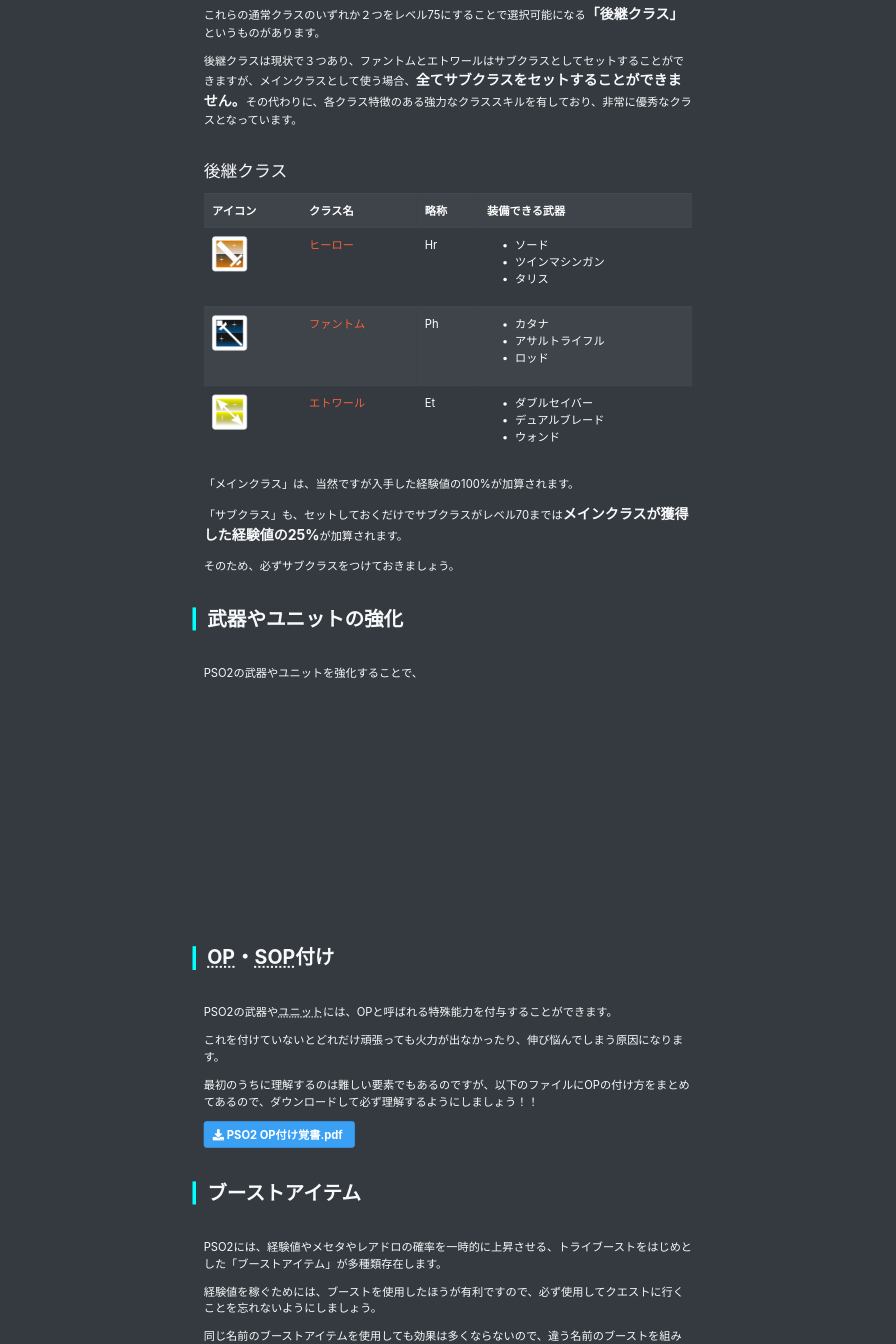
Repository: milkyahonpo/Website_source
Page: docs/capture.html
An editor plug-in stored every save of this project. The page is shown before and after a run of saves, followed by the edit.
The browser window is 1280 px wide. The pictures show the part of the page from y = 2214 to 4134 px (the page is 10200 px tall), at 70% of full size.
Pictures or frames that could not be fetched are drawn as grey boxes. Some web libraries are served in a nearby version.

Above is the page before, as saved 2020-02-03 09:55:24.

### docs/capture.html
<!DOCTYPE html>
<html lang="ja">
  <head>
    <!-- Required meta tags -->
    <meta charset="utf-8">
    <meta name="viewport" content="width=device-width, initial-scale=1, shrink-to-fit=no">
    <!-- Bootstrap CSS -->
    <link rel="stylesheet" href="https://stackpath.bootstrapcdn.com/bootstrap/4.3.1/css/bootstrap.min.css" integrity="sha384-ggOyR0iXCbMQv3Xipma34MD+dH/1fQ784/j6cY/iJTQUOhcWr7x9JvoRxT2MZw1T" crossorigin="anonymous">
    <!-- My CSS -->
    <link rel="stylesheet" href="css/capture.css">
    <!-- favicon -->
    <link rel="shortcut icon" href="img/favicon.ico">
    <!-- Font Awesome -->
    <link href="https://use.fontawesome.com/releases/v5.6.1/css/all.css" rel="stylesheet">
    <!-- Google Fonts -->
    <link href="https://fonts.googleapis.com/css?family=Titillium+Web&display=swap" rel="stylesheet">

    <title>みるく屋本舗 - 攻略本 -</title>
  </head>

  <body>
  <!-- Navigation -->
  <nav class="navbar navbar-expand-lg navbar-light fixed-top py-3" id="mainNav">
    <div class="container">
      <a class="navbar-brand" href="index.html">
        <img src="./img/logo.png" width="50" height="50" alt="">
        <b>みるく屋本舗</b>
      </a>
      <button class="navbar-toggler navbar-togglar-right" type="button" data-toggle="collapse" data-target="#navbarResponsive" aria-controls="navbarResponsive" aria-expanded="false" aria-label="Toggle navigation">
        <span class="navbar-toggler-icon"></span>
      </button>
      <div class="collapse navbar-collapse" id="navbarResponsive">
        <ul class="navbar-nav ml-auto my-2 my-lg-0">
          <li class="nav-item">
            <a class="nav-link js-scroll-trigger" href="#basic">基礎知識</a>
          </li>
          <li class="nav-item">
            <a class="nav-link js-scroll-trigger" href="#lv1-50">Lv01～Lv50</a>
          </li>
          <li class="nav-item">
            <a class="nav-link js-scroll-trigger" href="#lv51-75">Lv51～Lv75</a>
          </li>
          <li class="nav-item">
            <a class="nav-link js-scroll-trigger" href="#lv76-80">Lv76～Lv80</a>
          </li>
          <li class="nav-item">
            <a class="nav-link js-scroll-trigger" href="#lv81-90">Lv81～Lv90</a>
          </li>
        </ul>
      </div>
    </div>
  </nav>
  <!-- About Section -->
  <section class="page-section h-100 bg-dark text-light">
    <div class="container h-100">
      <div class="row h-100 justify-content-center align-items-center">
        <div class="col-lg-8">
          <h2 class="display-1 mt-0 font-weight-bold text-center"><span style="color: cyan;">攻</span>略本</h2>
          <hr class="divider my-4">
          <p class="lead text-center">チムメンに役立つ育成情報を掲載します！</p>
          <p class="text-center"><small>最終更新 : 2020/01/23</small></p>
        </div>
      </div>
    </div>
  </section>

  <div class="page-section bg-dark text-light">
    <div class="container">
      <div class="row py-5 justify-content-center" id="basic">
        <div class="col-md-8">
          <h2 class="font-weight-bold">基礎知識</h2>
          <h3 class="my-5 pl-3"><strong class="font-weight-bold">メインクラスとサブクラス</strong></h3>
          <div class="px-3">
            <div>
              PSO2には「メインクラス」と「サブクラス」があります。
              <ul>
                <li>「メインクラス」装備できる武器に影響するクラス</li>
                <li>「サブクラス」一部のスキルとステータスの影響を受けるクラス<br>
              </ul>
              以下にクラス一覧と、その装備できる武器について示します。
            </div>
            <p class="alert alert-info">ガンスラッシュはどのクラスでも使用することができます。</p>
            <h4>通常クラス</h4>
            <table class="table table-striped table-hover my-3 table-dark">
              <tr><th>アイコン</th><th>クラス名</th><th>略称</th><th>装備できる武器</th></tr>
              <tr><td><img class="img-thumbnail" src="img/Hu.png"　style="display: inline-block" width="50px" height="auto"></td><td><a href="https://pso2.swiki.jp/index.php?%E3%83%8F%E3%83%B3%E3%82%BF%E3%83%BC">ハンター</a></td><td>Hu</td><td><ul><li>ソード</li><li>ワイヤードランス</li><li>パルチザン</li></ul></td></tr>
              <tr><td><img class="img-thumbnail" src="img/Fi.png"　style="display: inline-block" width="50px" height="auto"></td><td><a href="https://pso2.swiki.jp/index.php?%E3%83%95%E3%82%A1%E3%82%A4%E3%82%BF%E3%83%BC">ファイター</a></td><td>Fi</td><td><ul><li>ツインダガー</li><li>ダブルセイバー</li><li>ナックル</li></ul></td></tr>
              <tr><td><img class="img-thumbnail" src="img/Ra.png"　style="display: inline-block" width="50px" height="auto"></td><td><a href="https://pso2.swiki.jp/index.php?%E3%83%AC%E3%83%B3%E3%82%B8%E3%83%A3%E3%83%BC">レンジャー</a></td><td>Ra</td><td><ul><li>ランチャー</li><li>アサルトライフル</li></ul></td></tr>
              <tr><td><img class="img-thumbnail" src="img/Gu.png"　style="display: inline-block" width="50px" height="auto"></td><td><a href="https://pso2.swiki.jp/index.php?%E3%82%AC%E3%83%B3%E3%83%8A%E3%83%BC">ガンナー</a></td><td>Gu</td><td><ul><li>ツインマシンガン</li><li>アサルトライフル</li></ul></td></tr>
              <tr><td><img class="img-thumbnail" src="img/Fo.png"　style="display: inline-block" width="50px" height="auto"></td><td><a href="https://pso2.swiki.jp/index.php?%E3%83%95%E3%82%A9%E3%83%BC%E3%82%B9">フォース</a></td><td>Fo</td><td><ul><li>ロッド</li><li>タリス</li></ul></td></tr>
              <tr><td><img class="img-thumbnail" src="img/Te.png"　style="display: inline-block" width="50px" height="auto"></td><td><a href="https://pso2.swiki.jp/index.php?%E3%83%86%E3%82%AF%E3%82%BF%E3%83%BC">テクター</a></td><td>Te</td><td><ul><li>ウォンド</li><li>タリス</li></ul></td></tr>
              <tr><td><img class="img-thumbnail" src="img/Br.png"　style="display: inline-block" width="50px" height="auto"></td><td><a href="https://pso2.swiki.jp/index.php?%E3%83%96%E3%83%AC%E3%82%A4%E3%83%90%E3%83%BC">ブレイバー</a></td><td>Br</td><td><ul><li>カタナ</li><li>バレットボウ</li></ul></td></tr>
              <tr><td><img class="img-thumbnail" src="img/Bo.png"　style="display: inline-block" width="50px" height="auto"></td><td><a href="https://pso2.swiki.jp/index.php?%E3%83%90%E3%82%A6%E3%83%B3%E3%82%B5%E3%83%BC">バウンサー</a></td><td>Bo</td><td><ul><li>ジェットブーツ</li><li>デュアルブレード</li></ul></td></tr>
              <tr><td><img class="img-thumbnail" src="img/Su.png"　style="display: inline-block" width="50px" height="auto"></td><td><a href="https://pso2.swiki.jp/index.php?%E3%82%B5%E3%83%A2%E3%83%8A%E3%83%BC">サモナー</a></td><td>Su</td><td><ul><li>タクト</li></ul></td></tr >
            </table>
            <div class="my-5">
              <p>これらの通常クラスのいずれか２つをレベル75にすることで選択可能になる<strong class="lead font-weight-bold">「後継クラス」</strong>というものがあります。</p>
              <p>後継クラスは現状で３つあり、ファントムとエトワールはサブクラスとしてセットすることができますが、メインクラスとして使う場合、<strong class="lead font-weight-bold">全てサブクラスをセットすることができません。</strong>その代わりに、各クラス特徴のある強力なクラススキルを有しており、非常に優秀なクラスとなっています。</p>
            </div>
            <h4>後継クラス</h4>
            <table class="table table-striped table-hover my-3 table-dark">
              <tr><th>アイコン</th><th>クラス名</th><th>略称</th><th>装備できる武器</th></tr>
              <tr><td><img class="img-thumbnail" src="img/Hr.png"　style="display: inline-block" width="50px" height="auto"></td class="align-items-center"><td><a href="https://pso2.swiki.jp/index.php?%E3%83%92%E3%83%BC%E3%83%AD%E3%83%BC">ヒーロー</a></td><td>Hr</td><td><ul><li>ソード</li><li>ツインマシンガン</li><li>タリス</li></ul></td></tr>
              <tr><td><img class="img-thumbnail" src="img/Ph.png"　style="display: inline-block" width="50px" height="auto"></td><td><a href="https://pso2.swiki.jp/index.php?%E3%83%95%E3%82%A1%E3%83%B3%E3%83%88%E3%83%A0">ファントム</a></td><td>Ph</td><td><ul><li>カタナ</li><li>アサルトライフル</li><li>ロッド</li></td></tr>
              <tr><td><img class="img-thumbnail" src="img/Et.png"　style="display: inline-block" width="50px" height="auto"></td><td><a href="https://pso2.swiki.jp/index.php?%E3%82%A8%E3%83%88%E3%83%AF%E3%83%BC%E3%83%AB">エトワール</a></td><td>Et</td><td><ul><li>ダブルセイバー</li><li>デュアルブレード</li><li>ウォンド</li></td></tr>
            </table>
            <p>「メインクラス」は、当然ですが入手した経験値の100%が加算されます。</p>
            <p>「サブクラス」も、セットしておくだけでサブクラスがレベル70までは<strong class="lead font-weight-bold">メインクラスが獲得した経験値の25%</strong>が加算されます。</p>
            <p>そのため、必ずサブクラスをつけておきましょう。</p>
          </div>
          <h3 class="my-5 pl-3"><strong class="font-weight-bold">武器やユニットの強化</strong></h3>
          <div class="px-3">
            <p>PSO2の武器やユニットを強化することで、</p>
            <div class="movie-box">
              <iframe width="560" height="315" src="https://www.youtube-nocookie.com/embed/dSWcW5Sa8bw" frameborder="0" allow="accelerometer; autoplay; encrypted-media; gyroscope; picture-in-picture" allowfullscreen></iframe>
            </div>
          </div>
          <h3 class="my-5 pl-3"><strong class="font-weight-bold"><abbr title="特殊能力(DL先のファイルに詳細)">OP</abbr>・<abbr title="S級特殊能力(DL先のファイルに詳細)">SOP</abbr>付け</strong></h3>
          <div class="px-3">
            <p>PSO2の武器や<abbr title="防具のこと">ユニット</abbr>には、OPと呼ばれる特殊能力を付与することができます。</p>
            <p>これを付けていないとどれだけ頑張っても火力が出なかったり、伸び悩んでしまう原因になります。</p>
            <p>最初のうちに理解するのは難しい要素でもあるのですが、以下のファイルにOPの付け方をまとめてあるので、ダウンロードして必ず理解するようにしましょう！！</p>
            <a class="text-decoration-none" href="./document/PSO2 OP付け覚書.pdf" download="PSO2 OP付け覚書.pdf">
              <button class="btn btn-primary">
                <span class="text-decoration-none"><i class="fas fa-download"></i><b class="px-1">PSO2 OP付け覚書.pdf</b></span>
              </button>
            </a>
          </div>
          <h3 class="my-5 pl-3"><strong class="font-weight-bold">ブーストアイテム</strong></h3>
          <div class="px-3">
            <p>PSO2には、経験値やメセタやレアドロの確率を一時的に上昇させる、トライブーストをはじめとした「ブーストアイテム」が多種類存在します。</p>
            <p>経験値を稼ぐためには、ブーストを使用したほうが有利ですので、必ず使用してクエストに行くことを忘れないようにしましょう。</p>
            <p>同じ名前のブーストアイテムを使用しても効果は多くならないので、違う名前のブーストを組み合わせることでより良い効果を得ることができます。</p>
            <p>元々の経験値を100%とすると...</p>
            <div class="card mb-3 text-dark">
              <div class="card-body">
              <p><b>例１)トライブースト+100%と経験値+75%を使用した場合の経験値取得率</b></p>
              <strong class="my-1 display-4"><var>100</var> + <var>100</var> + <var>75</var> = <var>275</var>%</strong>
              </div>
            </div>
            <p>上記のように、ブーストアイテムの効果は加算によって求められます。</p>
          </div>
          <h3 class="my-5 pl-3"><strong class="font-weight-bold">パーティーブースト </strong><span class="badge badge-warning">重要</span></h3>
          <div class="px-3">
            <p>PSO2では、パーティーを組むことによって「パーティーブースト」と呼ばれる、<abbr title="略称「トラブ」 メセタ、レアドロ、経験値獲得量UP">トライブースト</abbr>が付与されます。</p>
            <p>先ほどのブーストアイテムについての項目でお話しましたが、ブーストアイテムの効果は加算によって求めることができます。</p>
            <p>しかし、<strong class="lead font-weight-bold">パーティーブーストだけは乗算でかかります。</strong>パーティーが二人以上の場合のパーティーの人数をXとすると、パーティーブーストは1.X倍になります。</p>
            <div class="card mb-3 text-dark">
              <div class="card-body">
              <p><b>例２)例１の場合でパーティー４人の場合の経験値取得率</b></p>
              <strong class="my-1 display-4"><var>275</var> * <var>1.4</var> = <span class="enh"><var>385</var>%</span></strong><br>
              </div>
            </div>
            <p>絶対に４人パーティーで行きましょう！</p>
          </div>
          <h3 class="my-5 pl-3"><strong class="font-weight-bold">PSO2の日(毎月2日 +プレミアムは22日)</strong></h3>
          <div class="px-3">
            <p>この日だけは、終日トライブースト+100%が標準で付きます。</p>
            <p>この日にレベルアップクエストを全力で周回しましょう！</p>
            <p>また、ボーナスキー東京・金ももらえますので、必ずログインしましょう！</p>
          </div>
          <h3 class="my-5 pl-3"><strong class="font-weight-bold">プレミアムアカウント </strong><span class="badge badge-warning">重要</span></h3>
          <div class="px-3">
            <p>プレミアムアカウントだと、その期間は常にトライブースト+50%が付与されます。</p>
            <p>また、プレミアムアカウントだとプレミアムドリンクを飲むことができ、確定で経験値UPの効果を得られるドリンクを飲むことができます！</p>
            <p>一応ノーマルアカウントでもランダムで出ますが、そちらは+10%でこちらは+15%なので、地味にありがたいことであったりします。</p>
            <p>その他多くのメリットがあり、非常におすすめです。詳細は以下からご確認ください。</p>
            <a href="http://pso2.jp/players/manual/preparations/ac/#sys-manual-513"><button class="btn btn-primary"><i class="fas fa-question-circle"></i> プレミアムアカウントについて</button></a>
          </div>
        </div>
      </div>
      <div class="row py-5 justify-content-center" id="lv1-50">
        <div class="col-lg-8">
          <h2><b>Lv01～50</b></h2>
          <h3 class="my-5 pl-3"><strong class="font-weight-bold">クエストに行かない！</strong></h3>
          <div class="px-3">
            <p>それが大事です。ひたすらに。</p>
            <p>理由としては、難易度的にも効率的にも、経験値がおいしくないからです。</p>
            <p>初心者として始めた時点だと、倉庫に「経験値獲得チケット」が眠っているので、まずはそれを使ってドシドシとレベルを上げていきましょう！</p>
            <p>１レベル上がるのに必要な経験値が一気に上がるのは41レベル以降なので、そこまでは一気に上がっていくはずです。</p>
            <p><strong class="lead font-weight-bold">しかし！！</strong>以下の注意点があります...</p>
          </div>
          <h3 class="my-5 pl-3"><strong class="font-weight-bold">レベル制限解除試練・Ⅰ<span class="mx-3">or</span>Ⅱ</strong></h3>
          <div class="px-3">
            <p><strong class="lead font-weight-bold">ゲートエリアのNPCコフィーのクライアントオーダー</strong>から、Ⅰはクラスレベル20、Ⅱはクラスレベル35になると受けることができます。</p>
            <p>このオーダーをクリアしておかないと、レベル30とレベル40の時点で<abbr title="レベルがそれ以上上がらない状態になること">レベルキャップ</abbr>を迎えてしまいます。そうなると経験値チケットを使用しても無駄になるだけなので、しっかりと解放しておきましょう！</p>
          </div>
        </div>
      </div>
      <div class="row py-5 justify-content-center" id="lv51-75">
        <div class="col-lg-8">
          <h2 class="mb-5"><b>Lv51～75</b></h2>
          <h3 class="my-5 pl-3"><strong class="font-weight-bold">ボーナスキー</strong></h3>
          <div class="px-3">
            <p><strong class="lead font-weight-bold">ここまで取っておいた君！よく我慢した！！！</strong></p>
            <p>ボーナスキーは有効期限がありますので、ここらで使うのも手ではないでしょうか。</p>
            <p>しかし、ボーナスクエストは、自身の現在のレベルに比例して取得できる経験値量が増加します。</p>
            <p>自身のレベルが80になると、取得できる経験値量の変動が頭打ちになるので、そこで使うのがもっとも効率が良い方法になります。</p>
            <p><strong class="lead font-weight-bold">PSO2の日はボーナスクエストにも経験値+100%がつく</strong>ので、期限がもつならその時に行きましょう！</p>
          </div>
          <h3 class="my-5 pl-3"><strong class="font-weight-bold">暗影渦巻く壊れた世界SH </strong><span class="badge badge-warning">重要</span></h3>
          <div class="px-3">
            <p>これより経験値がおいしいクエストは、他にはボーナスキーしかないレベルです。</p>
            <p>圧倒的経験値効率を誇るクエストなので、レベリングには必ず行きましょう！</p>
            <p><strong class="lead font-weight-bold">レベルアップクエストの仕様上、5日周期で1日来る</strong>ので必ずチェックしておきましょう。</p>
          </div>
          <h3 class="my-5 pl-3"><strong class="font-weight-bold">クラスごとの<abbr title="スキルポイント スキルツリーのスキルを取得するために必要になる レベル1UPごとに1SP">SP</abbr>取得クライアントオーダー </strong><span class="badge badge-warning">重要</span></h3>
          <div class="px-3">
            <p>レベル75になると、クラスキューブというアイテムを渡すことによって、クラスごとにSPを獲得できるクライアントオーダーが解放されます。</p>
            <p>クラスキューブとは、ハンターであれば「Huエクスキューブ」といったような、クラスの略称がついたアイテムになります。</p>
            <p>全てのクラス共通で、最初は1個、次は2個、3個、4個と要求数が増えていき、全4つのオーダーで合計10個のクラスキューブが必要になります。</p>
            <p><strong class="lead font-weight-bold">ゲートエリアのNPCシロナの「トレジャーショップ」</strong>から、SGまたはメセタを使用してクラスキューブを購入することができます。売っているクラスキューブは日替わりなので、自分の欲しいクラスキューブが陳列された時に購入しましょう！</p>
            <p>また、レベル90のレベルキャップに到達した状態でレベルアップすることで、そのクラスのクラスキューブを<strong class="lead font-weight-bold">レベルアップごとに７個</strong>取得することができます。</p>
          </div>
        </div>
      </div>
          <!--
          <h3 class="my-5 pl-3"><strong class="font-weight-bold">レベル75制限解除試験・○○ </strong><span class="badge badge-info">後継クラスのみ</span></h3>
          <p>レベル75制限解除試験とは、その名の通りレベル75のレベルキャップを解放するクライアントオーダーです。</p>
          <p>これまでもレベル30の時点やレベル40の時点にも存在したものと同じになります。</p>
          <p>このレベルキャップ解放はクラスごとにクリアする必要があります。</p>
          <p>条件は、<br>
          <strong class="lead font-weight-bold">「<abbr title="ガンスラッシュは対象外です">メインクラスで装備できる武器種</abbr>の☆13以上を+35まで強化する」</strong><br>
          というものになります。</p>
          <p><strong class="lead font-weight-bold">ゲートエリアのNPCプリンの「コレクトシート」</strong>で、☆13武器の+35をゲットするだけで達成することができます。</p>
          <p>コレクトシートとは、数あるアイテムの中から自身が欲しいアイテムを選択し、そのアイテムのシートを入手したのちに、シート中に記載されている必要項目を全達成することで対象のアイテムが入手できるというものです。</p>
          <p>それぞれの項目に指定された条件を達成すると項目のゲージが上昇していき、ゲージが最大になった時にドロップするアイテムを入手することで項目が達成されます。</p>
          <p>基本的にコレクトシートの項目の条件は、入手した時点で開催されている緊急クエストや期間限定クエストで達成できるものが設定されているので、どんどん参加しましょう！</p>
          -->

      <div class="row py-5 justify-content-center" id="lv76-80">
        <div class="col-lg-8">
          <h2 class="mb-5"><b>Lv76～80</b></h2>
          <h3 class="my-5 pl-3"><strong class="font-weight-bold">必要経験値の異常なまでの上昇 </strong><span class="badge badge-danger">難関</span></h3>
          <p><strong class="lead font-weight-bold">今までとは比べ物にならないくらいにレベルが上がらなくなってきます。</strong></p>
          <p>ただ、昔のPSO2と比較したら今はボーナスキーもあり、レベルアップクエストなんてものもあり、
          そのうえPSO2の日では経験値+100%で、プレミアムなら毎日トライブースト+50%もつくだって！？</p>
          <strong class="lead font-weight-bold">めげずに頑張りましょう！私たちがついています！</strong>

          <h3 class="my-5 pl-3"><strong class="font-weight-bold">ボーナスキー </strong></h3>
          <p>それはここでも同じです。</p>
          <p>PSO2で経験値が一番おいしいクエストは間違いなくボーナスキー！</p>
          <p>手に入れたらPSO2の日をねらって絶対に行きましょう！</p>
          <p>(ブーストアイテムを忘れずにね！)</p>

          <h3 class="my-5 pl-3"><strong class="font-weight-bold">暗影渦巻く壊れた世界XH </strong><span class="badge badge-success">更新時点 推奨</span></h3>
          <p>現状最強武器の「リバレイト〇〇」という武器の入手にはクラスキューブが必要になります。</p>
          <p>また、2020/02/05まで開催されている<a href="http://pso2.jp/players/event/newyear2020/">SPACE MAGATSU DESTROYERS</a>の個人ポイント獲得はこの暗影でもためることができ、暗影は1周2分で周回できるので非常に高効率となっています。(本来あってはならないことかもしれませんが...)</p>
          <p>以上の理由から、現時点では高レベルのプレイヤーも暗影を周回しており、人がすぐに集まることも多いため、以下に記載してあるSHを周回するよりも圧倒的に高効率でレベルアップすることができます。</p>

          <h3 class="my-5 pl-3"><strong class="font-weight-bold">暗影渦巻く壊れた世界SH </strong><span class="badge badge-secondary">更新時点 非推奨</span></h3>
          <p>「え？なんでまだこの段階でもXH行かないの？」</p>
          <p>そう思う方も多いことでしょう。</p>
          <p>試しにXHに行ってみた方はわかると思いますが、
          <strong class="lead font-weight-bold">クエストに12人いることのほうが少ないです。</strong></p>
          <p>理由はSHとXHの受注可能なレベル帯の差にあります。</p>
          <p>SHはレベル50から受注可能で、XHには、メインサブの双方を75まで上げないと行けません。</p>
          <p>なので、SHを回るのは、75-50=レベル25分の幅の方で、
          なおかつメインはレベル75であってもサブはまだという方も含まれます。</p>
          <p>それに対してXHはレベル75から受注可能で、最大はレベル90です。</p>
          <p>なので、XHを回るのは、90-75=レベル15分の幅の方で、
          なおかつメインサブ双方が75以上である方です。</p>
          <p>それゆえに、暗影で人数が集まるのは必然的にSHとなるわけです。</p>
          <p>人数が集まるということは、パーティーが組めるのでブーストがのる。</p>
          <p><strong class="lead font-weight-bold">そういうことです！</strong></p>

          <h3 class="my-5 pl-3"><strong class="font-weight-bold">クラスごとのSP取得クライアントオーダー </strong></h3>
          <p>Lv51～75で前述のとおりです。</p>
          <p>もしもレベル75の時点でやっていなかったのであれば、必ずここで済ませてしまいましょう！</p>

          <!--
          <h3 class="my-5 pl-3"><strong class="font-weight-bold">レベル80制限解除試験・○○ </strong></h3>
          <p>「またレベルキャップか・・・」</p>
          <p>安心してください。今回のは<b>めちゃくちゃ簡単</b>です。</p>
          <p>レベルを75にした時点で称号報酬でもらっていた、３つの<strong class="lead font-weight-bold">「サブ／ステラウォール」</strong>というユニット。</p>
          <p>若しくは、ここまで暗影を周回している人なら持っているであろう「ウェポンズバッジ2019」。</p>
          <p>それとバッジ交換ショップで交換できる☆12ユニットの、</p>
          <p><strong class="lead font-weight-bold">「リア／サーキュレイ」、「アーム／サーカレイ」、「レッグ／サークレイ」</strong>。</p>
          <p>そのどちらかのシリーズを全て+10にしてから装備して話しかけるだけで達成できます。</p>
          <p>ユニットの強化は、武器と比較してものすごく簡単なので、
          強化値+7までは補助アイテム何も無しで上げていき、
          +8以降は、「強化成功率+5%」と「強化リスク軽減(+1)」を使用して上げていくだけで十分です。</p>
          <p>もっていないのであれば、どちらも非常に安価にマイショップで販売していますので、
          どんどん上げて、ぱぱっと報告してしまいましょう！</p>
          -->
        </div>
      </div>
      <div class="row py-5 justify-content-center" id="lv81-90">
        <div class="col-lg-8">
          <h2 class="mb-5"><b>Lv81～90</b></h2>
          <h3 class="my-5 pl-3 display-4"><font color="orange">気合 <i class="fas fa-exclamation"></i></font></h3>
          <p>今までの知識をすべて駆使してレベルを上げていきましょう。</p>
          <p>ブースト、ボーナスキー、暗影...</p>
          <p><b style="font-size: 20px">頂上はもうすぐです！</b></p>
        </div>
      </div>
    </div>
  </div>
</section>
  <!-- Footer -->
  <footer class="bg-light py-5">
    <div class="container">
      <div class="small text-center text-muted">※当サイトの一部の掲載画像等に関する権利は、株式会社セガゲームズに帰属しています。</div>
      <div class="small text-center text-muted">Copyright &copy; 2019 - MYH / SEGA PHANTASY STAR ONLINE 2</div>
    </div>
  </footer>

  <!-- Bootstrap core JavaScript -->
  <script src="vendor/jquery/jquery.min.js"></script>
  <script src="vendor/bootstrap/js/bootstrap.bundle.min.js"></script>

  <!-- Plugin JavaScript -->
  <script src="vendor/jquery-easing/jquery.easing.min.js"></script>
  <script src="vendor/magnific-popup/jquery.magnific-popup.min.js"></script>

  <!-- Custom scripts for this template -->
  <script src="js/creative.min.js"></script>

    <!-- Optional JavaScript -->
    <!-- jQuery first, then Popper.js, then Bootstrap JS -->
    <script src="https://code.jquery.com/jquery-3.3.1.slim.min.js" integrity="sha384-q8i/X+965DzO0rT7abK41JStQIAqVgRVzpbzo5smXKp4YfRvH+8abtTE1Pi6jizo" crossorigin="anonymous"></script>
    <script src="https://cdnjs.cloudflare.com/ajax/libs/popper.js/1.14.7/umd/popper.min.js" integrity="sha384-UO2eT0CpHqdSJQ6hJty5KVphtPhzWj9WO1clHTMGa3JDZwrnQq4sF86dIHNDz0W1" crossorigin="anonymous"></script>
    <script src="https://stackpath.bootstrapcdn.com/bootstrap/4.3.1/js/bootstrap.min.js" integrity="sha384-JjSmVgyd0p3pXB1rRibZUAYoIIy6OrQ6VrjIEaFf/nJGzIxFDsf4x0xIM+B07jRM" crossorigin="anonymous"></script>
  </body>
</html>

### docs/js/creative.min.js
/*!
 * Start Bootstrap - Creative v5.1.6 (https://startbootstrap.com/template-overviews/creative)
 * Copyright 2013-2019 Start Bootstrap
 * Licensed under MIT (https://github.com/BlackrockDigital/startbootstrap-creative/blob/master/LICENSE)
 */

!function (e) { "use strict"; e('a.js-scroll-trigger[href*="#"]:not([href="#"])').click(function () { if (location.pathname.replace(/^\//, "") == this.pathname.replace(/^\//, "") && location.hostname == this.hostname) { var a = e(this.hash); if ((a = a.length ? a : e("[name=" + this.hash.slice(1) + "]")).length) return e("html, body").animate({ scrollTop: a.offset().top - 72 }, 1e3, "easeInOutExpo"), !1 } }), e(".js-scroll-trigger").click(function () { e(".navbar-collapse").collapse("hide") }), e("body").scrollspy({ target: "#mainNav", offset: 75 }); function a() { 100 < e("#mainNav").offset().top ? e("#mainNav").addClass("navbar-scrolled") : e("#mainNav").removeClass("navbar-scrolled") } a(), e(window).scroll(a)/*, e("#portfolio").magnificPopup({ delegate: "a", type: "image", tLoading: "Loading image #%curr%...", mainClass: "mfp-img-mobile", gallery: { enabled: !0, navigateByImgClick: !0, preload: [0, 1] }, image: { tError: '<a href="%url%">The image #%curr%</a> could not be loaded.' } })*/ }(jQuery);

Loaded but not shown: docs/css/capture.css (library); docs/vendor/jquery/jquery.min.js (library); docs/vendor/bootstrap/js/bootstrap.bundle.min.js (library); docs/vendor/jquery-easing/jquery.easing.min.js (common file); docs/vendor/magnific-popup/jquery.magnific-popup.min.js (library)

After the next 2 saves:
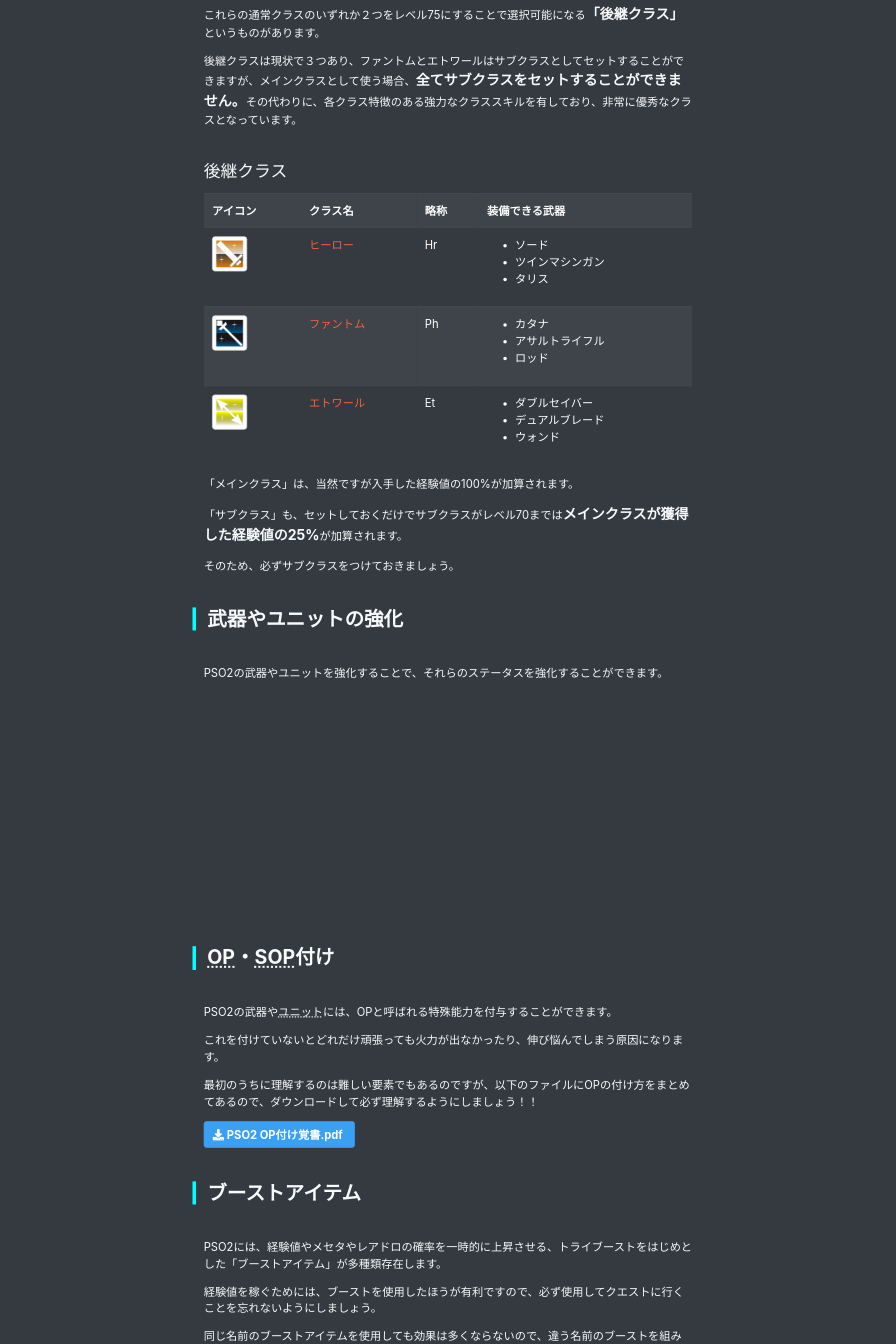
The 2 saves are shown as one change because they came seconds apart.
The last was saved 18 s later.
--- a/docs/capture.html
+++ b/docs/capture.html
@@ -110,7 +110,8 @@
           </div>
           <h3 class="my-5 pl-3"><strong class="font-weight-bold">武器やユニットの強化</strong></h3>
           <div class="px-3">
-            <p>PSO2の武器やユニットを強化することで、</p>
+            <p>PSO2の武器やユニットを強化することで、それらのステータスを強化することができます。</p>
+            <p></p>
             <div class="movie-box">
               <iframe width="560" height="315" src="https://www.youtube-nocookie.com/embed/dSWcW5Sa8bw" frameborder="0" allow="accelerometer; autoplay; encrypted-media; gyroscope; picture-in-picture" allowfullscreen></iframe>
             </div>
